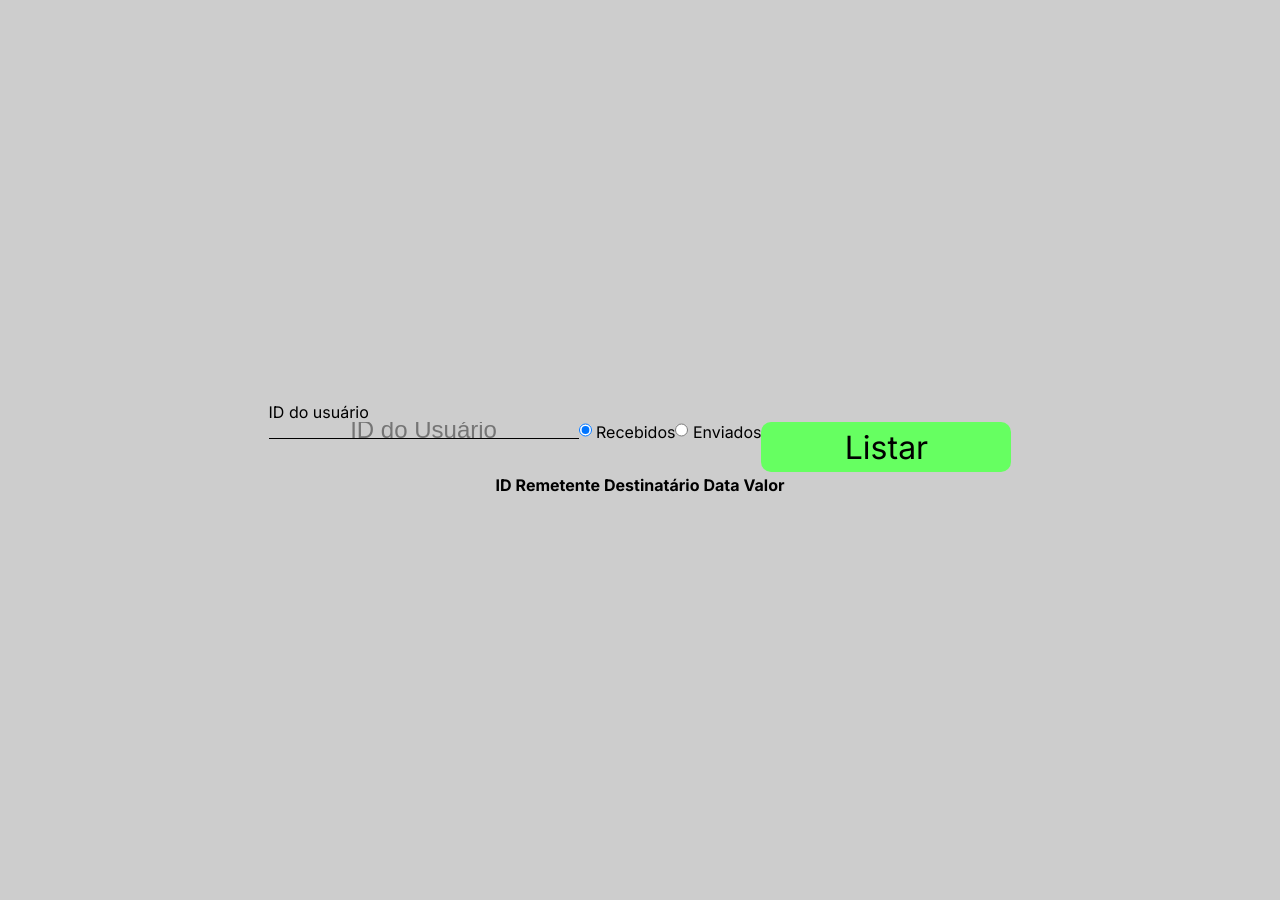
Repository: mateusilva8/tarefa-pix
Page: frontend/index.html
An editor plug-in stored every save of this project. The page is shown before and after the next save, followed by the edit.
The browser window is 1280 px wide. The pictures show the whole page.

Above is the page before, as saved 2023-10-22 14:52:01.

### frontend/index.html
<!DOCTYPE html>
<html lang="pt-BR">
<head>
  <meta charset="UTF-8">
  <meta name="viewport" content="width=device-width, initial-scale=1.0">
  <title>CRIE_TI PIX</title>
  <link rel="stylesheet" href="./css/index.css">
  <link rel="preconnect" href="https://fonts.googleapis.com">
  <link rel="preconnect" href="https://fonts.gstatic.com" crossorigin>
  <link href="https://fonts.googleapis.com/css2?family=Inter:wght@400;700&display=swap" rel="stylesheet">
</head>
<body>
  <div class="container">

    <div class="formulario">
      <form id="formulario">
        <label for="id">ID do usuário</label>
        <div class="formulario-body">
          <input class="idInput" type="number" placeholder="ID do Usuário" id="id"></input>
          <div class="formulario-select">
            <div class="form-check">
              <input class="form-check-input" type="radio" name="exampleRadios" id="exampleRadios1" value="received" checked>
              <label class="form-check-label" for="exampleRadios1">Recebidos</label>
            </div>

            <div class="form-check">
              <input class="form-check-input" type="radio" name="exampleRadios" id="exampleRadios2" value="sent">
              <label class="form-check-label" for="exampleRadios2">Enviados</label>
            </div>
            <button type="button" class="btn btn-success" id="botaoListar">Listar</button>
          </div>
        </div>
      </form>
    </div>

    <table class="table table-bordered">
      <thead>
        <tr>
          <th scope="col">ID</th>
          <th scope="col">Remetente</th>
          <th scope="col">Destinatário</th>
          <th scope="col">Data</th>
          <th scope="col">Valor</th>
        </tr>
      </thead>
      <tbody id="pix-list"></tbody>
    </table>
  </div>



  <script src="https://code.jquery.com/jquery-3.3.1.slim.min.js" integrity="sha384-q8i/X+965DzO0rT7abK41JStQIAqVgRVzpbzo5smXKp4YfRvH+8abtTE1Pi6jizo" crossorigin="anonymous"></script>
  <script src="https://cdnjs.cloudflare.com/ajax/libs/popper.js/1.14.3/umd/popper.min.js" integrity="sha384-ZMP7rVo3mIykV+2+9J3UJ46jBk0WLaUAdn689aCwoqbBJiSnjAK/l8WvCWPIPm49" crossorigin="anonymous"></script>
  <script src="./js/index.js"></script>
</body>
</html>

### frontend/css/index.css
body {
    margin: 0;
    padding: 0;
    font-family: 'Inter', sans-serif;
    background-color: #cdcdcd;
}


.container {
    display: flex;
    flex-direction: column;
    height: 700px;
    margin: 100px;
    justify-content: center;
    align-items: center;
}

.formulario form {
    align-items: center;
}

.formulario {
    font-size: 1rem;
    display: flex;
    flex-direction: row;
    align-items: center;
}

.formulario-body {
    display: flex;
    flex-direction: row;
}

.formulario-select {
    display: flex;
    flex-direction: row;
}

input[type=number]::-webkit-inner-spin-button,
    input[type=number]::-webkit-outer-spin-button {
        -webkit-appearance: none;
        margin: 0;
    }

input {
    height: 1rem;
    margin: 0;
    padding: 0;
    border: none;
    border-bottom: 1px solid #000;
    outline: none;
    font-size: 1.5rem;
    text-align: center;
    background-color: #cdcdcd;

    &:focus {
        border-bottom: 2px solid #00f;
    }
}

.btn {
    width: 250px;
    height: 50px;
    font-size: 2rem;
    font-family: 'Inter';
    font-weight: 400;
    background-color: rgb(102, 255, 97);
    border: 0;
    border-radius: 10px;
}

### frontend/js/index.js
let userId = document.getElementById('id');
let type = document.querySelector('#form-check-input:checked');

let form = document.getElementById('formulario');

let pixList = document.getElementById("pix-list");

async function getPixUsuario() {
    let payload = {
        userId: userId.value,
        type: form.exampleRadios.value,
      };

      console.log(JSON.stringify(payload));

      let resposta = await fetch(`http://localhost:3000/pix-api/pix/usuarios`, {
        method: 'POST',
        headers: {
            "Content-type" : 'application/json',
            "Acccept": 'appplication/json'
        },
        body: JSON.stringify(payload)
      });

      let listaPix = await resposta.json();

      console.log(listaPix);

    for (let pix of listaPix) {

      let tr = document.createElement("tr");
      let tdId = document.createElement("th");
      let tdRemetente = document.createElement("td");
      let tdDestinatario = document.createElement("td");
      let tdData = document.createElement("td");
      let tdValor = document.createElement("td");

      let id = pix.id;
      let remetente = pix.sender.name;
      let destinatario = pix.recipient.name;
      let data = pix.createdAt;
      let valor = `R$ ${pix.value}`;

      let dataHora = new Date(data);
      let dia = adicionarZero(dataHora.getDate());
      let mes = adicionarZero(dataHora.getMonth());
      let ano = adicionarZero(dataHora.getFullYear());
      let hora = `${adicionarZero(dataHora.getHours())}:${adicionarZero(dataHora.getMinutes())}`;

      let dataFormatada = `${dia}/${mes}/${ano} às ${hora}H`

      tdId.innerText = id;
      tdRemetente.innerText = remetente;
      tdDestinatario.innerText = destinatario;
      tdData.innerText = dataFormatada;
      tdValor.innerText = valor.replace('.',',');

      tr.appendChild(tdId);
      tr.appendChild(tdRemetente);
      tr.appendChild(tdDestinatario);
      tr.appendChild(tdData);
      tr.appendChild(tdValor);
      pixList.appendChild(tr);
    }
  }

  function adicionarZero (numero) {
    if(String(numero).length == 1) {
        numero = '0' + numero;
      }

    return numero;
  }

  let botaoListar = document.getElementById('botaoListar');
  botaoListar.addEventListener('click', () => {
    pixList.innerHTML = '';
    getPixUsuario();
  })

After the next save:
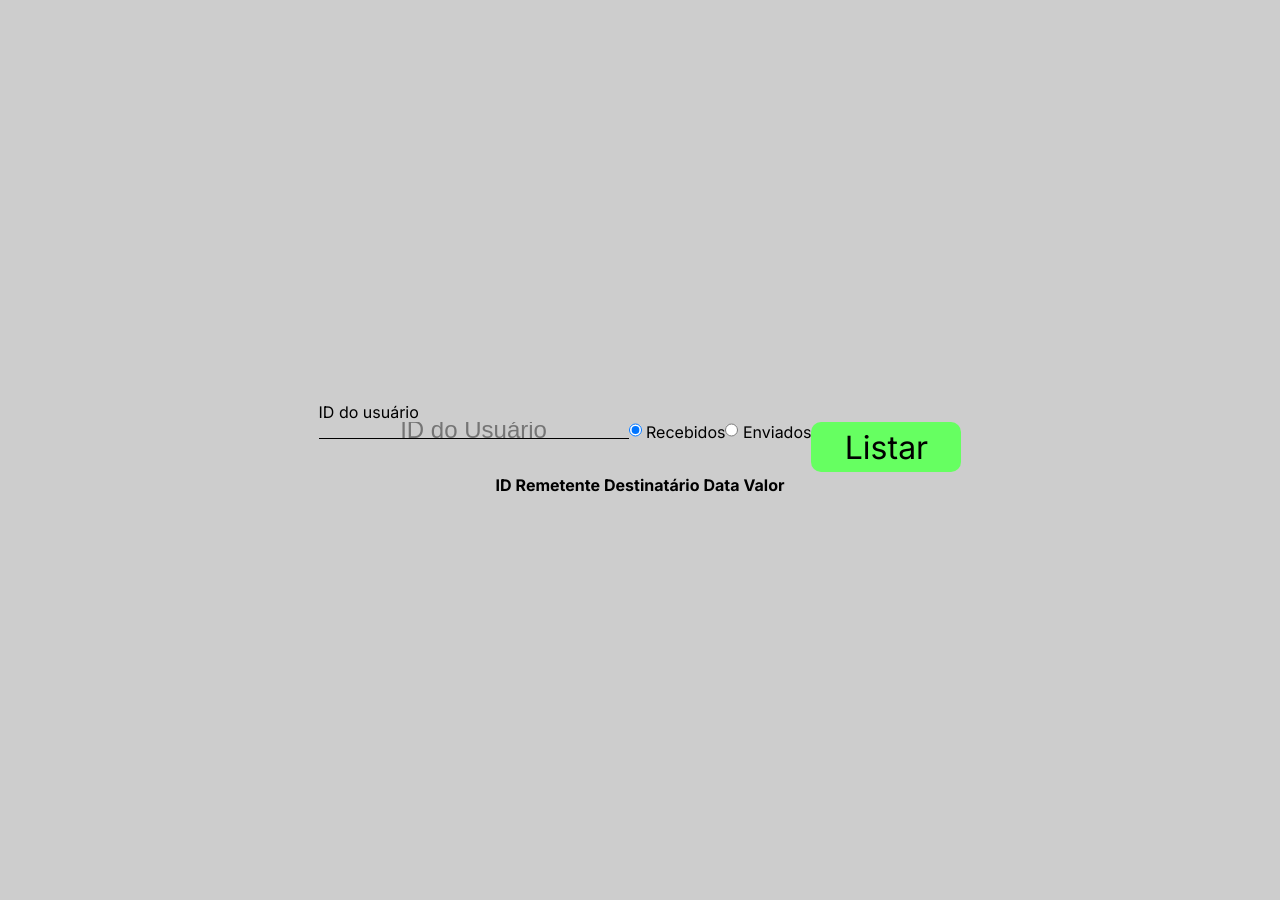
Saved 15 s later.
--- a/frontend/css/index.css
+++ b/frontend/css/index.css
@@ -59,7 +59,7 @@ input {
 }
 
 .btn {
-    width: 250px;
+    width: 150px;
     height: 50px;
     font-size: 2rem;
     font-family: 'Inter';
